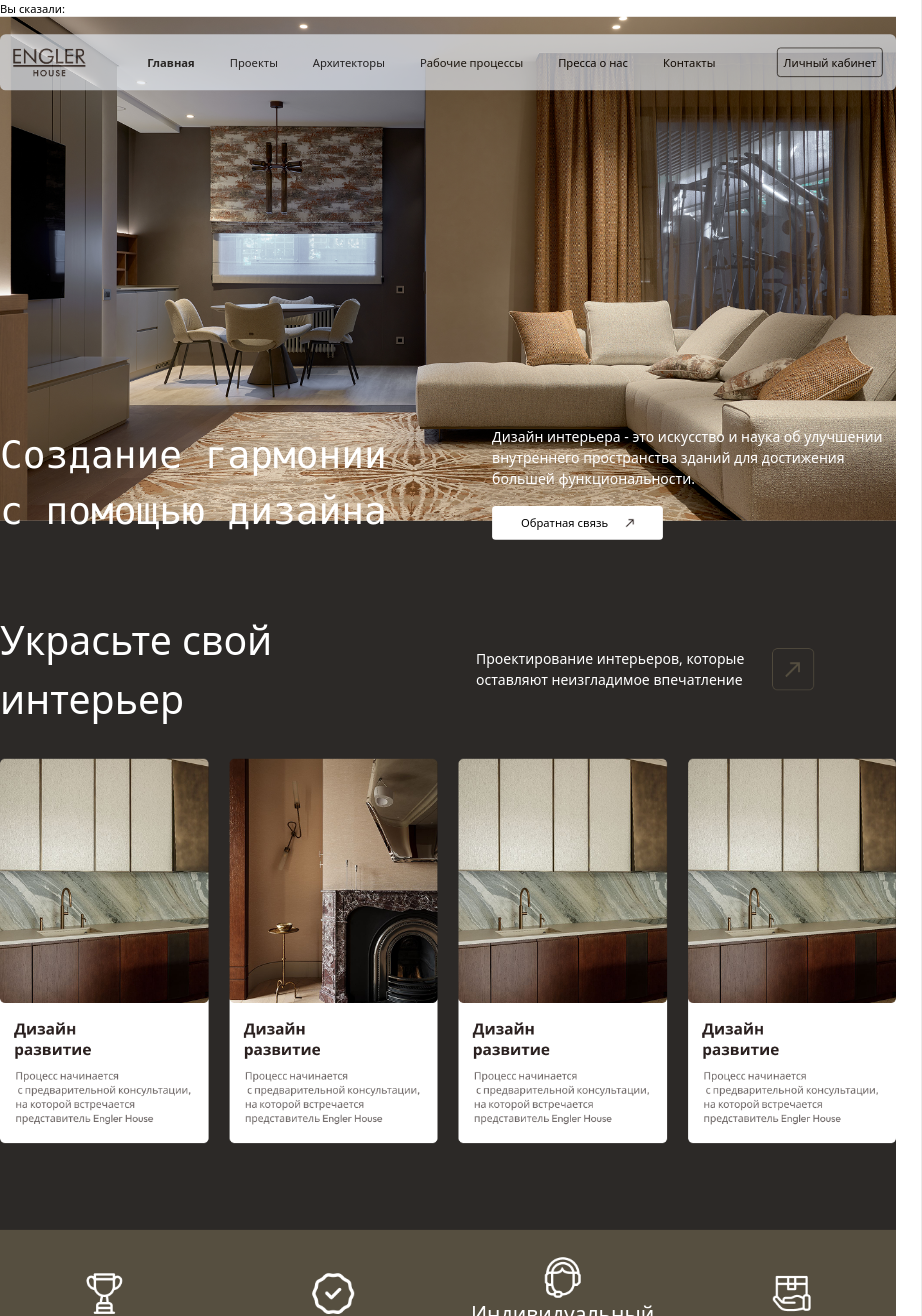
Repository: Quvonch299/figma
Page: index.html
An editor plug-in stored every save of this project. The page is shown before and after the next save, followed by the edit.
The browser window is 1280 px wide. The page is 1317 px wide, so the pictures cover 1317 px, including what lies to the right of the window. The pictures show the part of the page from y = 0 to 1880 px (the page is 5206 px tall), at 70% of full size.

Above is the page before, as saved 2025-10-06 15:47:21.

After the next save:
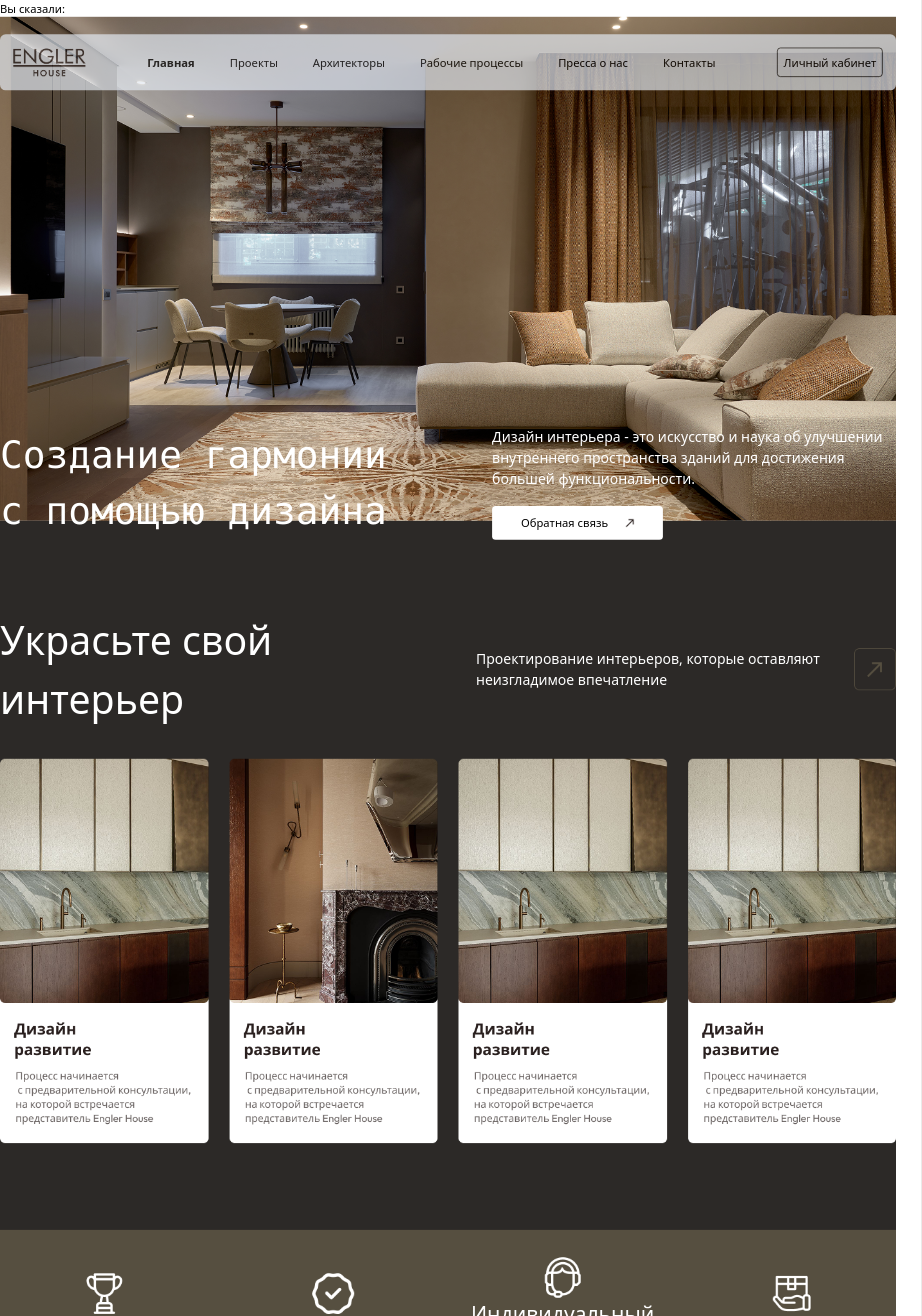
Saved 18 s later.
--- a/index.html
+++ b/index.html
@@ -95,12 +95,11 @@
         <section class="sec_1">
             <div class="container">
                 <div class="sec_contan1 grid grid-cols-2 pt-[128px] gap-[80px] justify-center items-center">
-                    <h2 class="text-white text-[56px] max-sm:text-[10px]">Украсьте свой интерьер</h2>
-                    <p
-                        class="text-white text-[20px] flex gap-[40px] max-sm:text-[10px] hover:text-white/35 duration-500 hover:scale-90 ">
+                    <h2 class="text-white text-[56px]">Украсьте свой интерьер</h2>
+                    <p class="text-white text-[20px] flex gap-[40px] hover:text-white/35 duration-500 hover:scale-90 ">
                         Проектирование
                         интерьеров,
-                        которые <br> оставляют
+                        которые оставляют
                         неизгладимое
                         впечатление<img src="./imgs/section.png" alt=""></p>
                 </div>

After the save that followed:
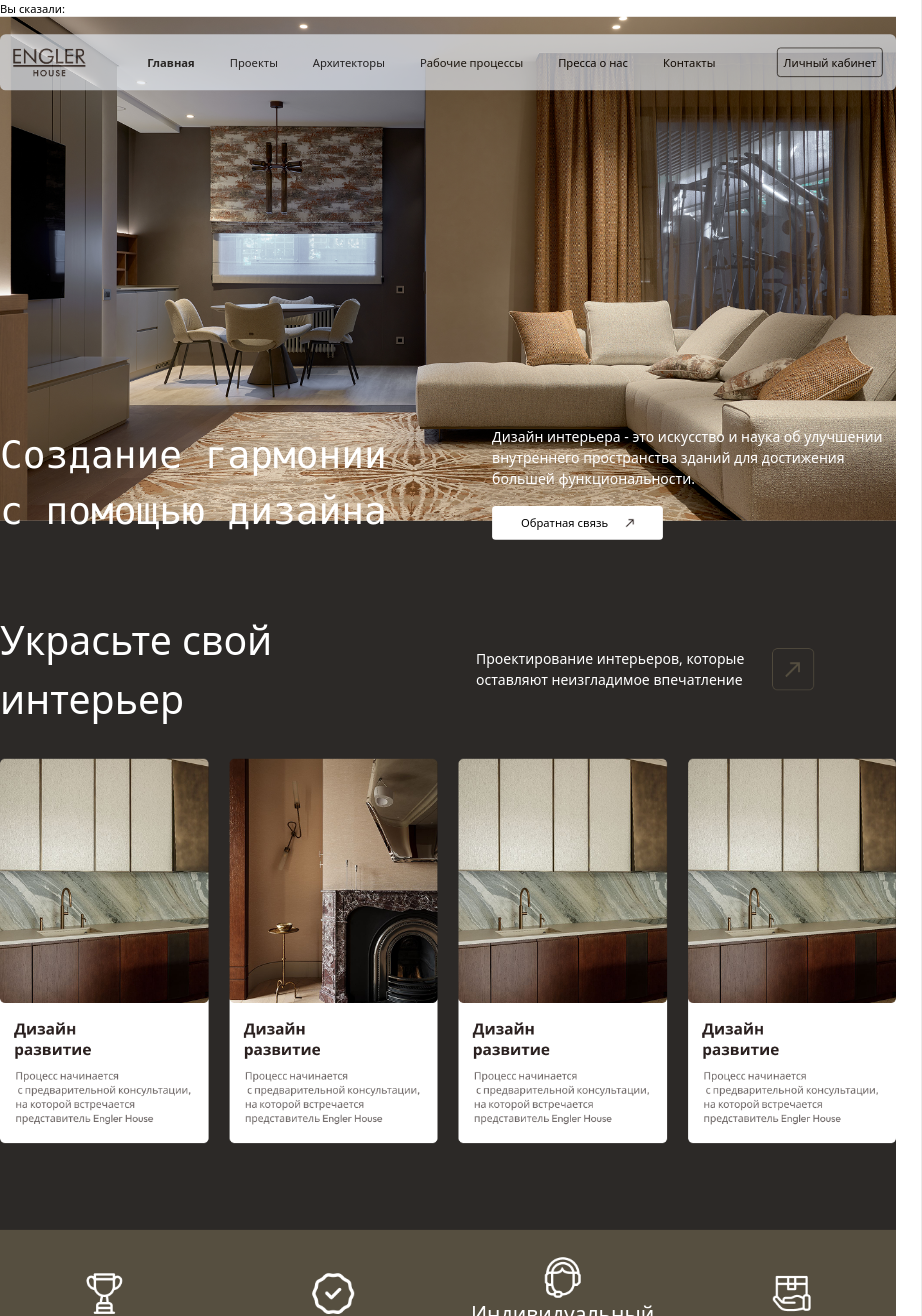
Saved 15 s later.
--- a/index.html
+++ b/index.html
@@ -99,7 +99,7 @@
                     <p class="text-white text-[20px] flex gap-[40px] hover:text-white/35 duration-500 hover:scale-90 ">
                         Проектирование
                         интерьеров,
-                        которые оставляют
+                        которые <br class="max-sm:hidden"> оставляют
                         неизгладимое
                         впечатление<img src="./imgs/section.png" alt=""></p>
                 </div>
